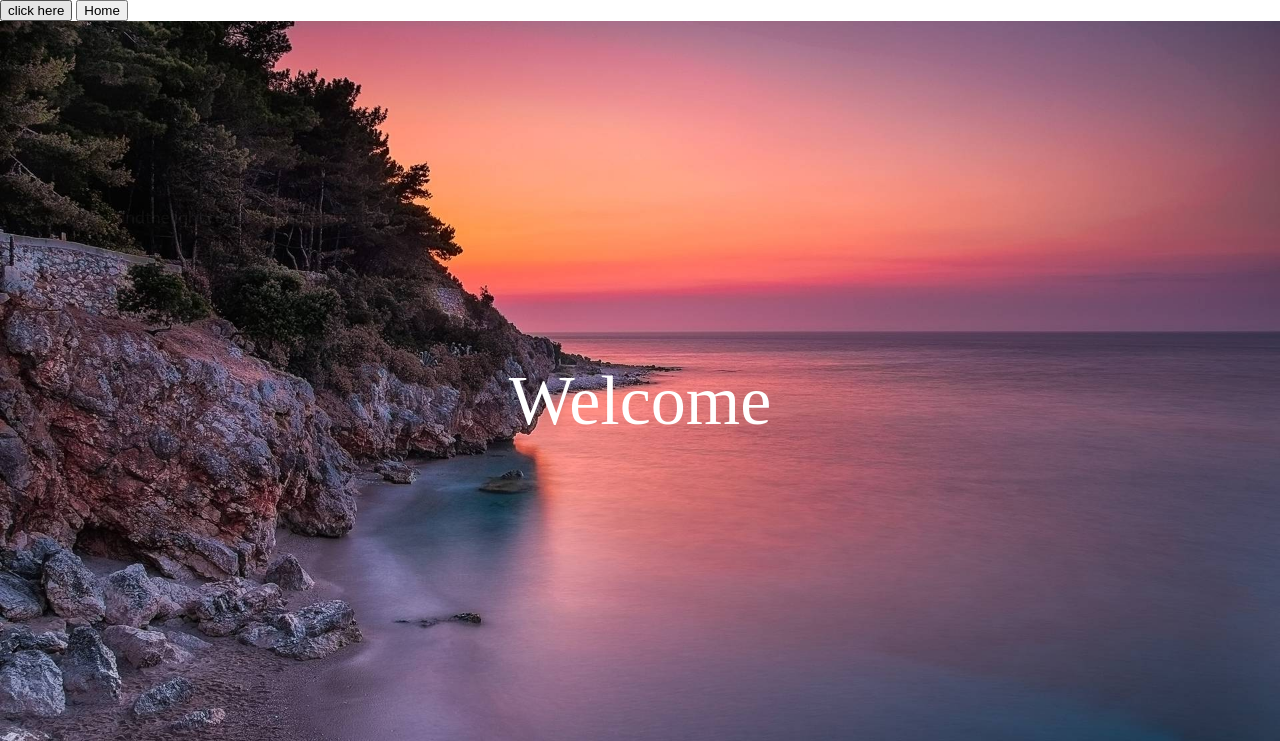
Repository: Berilinanir/Login-Logout-System
Page: http://localhost/Loginn/successs.jsp
The author's editor kept a copy of each file at every save. The page is drawn from the files as they stood at one save, then again after the next save.
The browser window is 1280 px wide. The pictures show the whole page.
The page is served by Tomcat 9.

Above is the page before, as saved 2018-10-13 16:16:23.

After the next save:
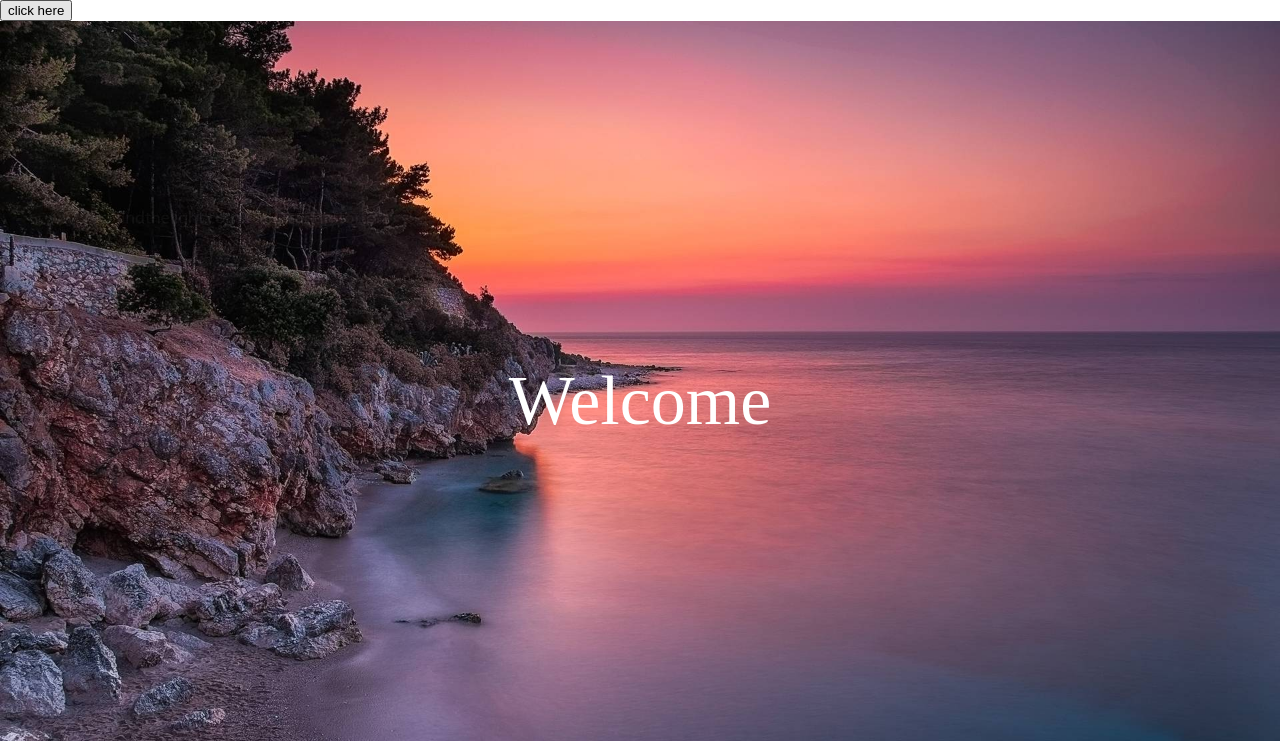
Saved 90 s later.
--- a/Loginn/WebContent/successs.jsp
+++ b/Loginn/WebContent/successs.jsp
@@ -26,13 +26,7 @@
 
   </slider>
 
-        <button id="myButton" class="float-left submit-button" >Home</button>
 
-     <script type="text/javascript">
-      document.getElementById("myButton").onclick = function () {
-        location.href = "logout.jsp";
-    };
-</script>
 
 
 
